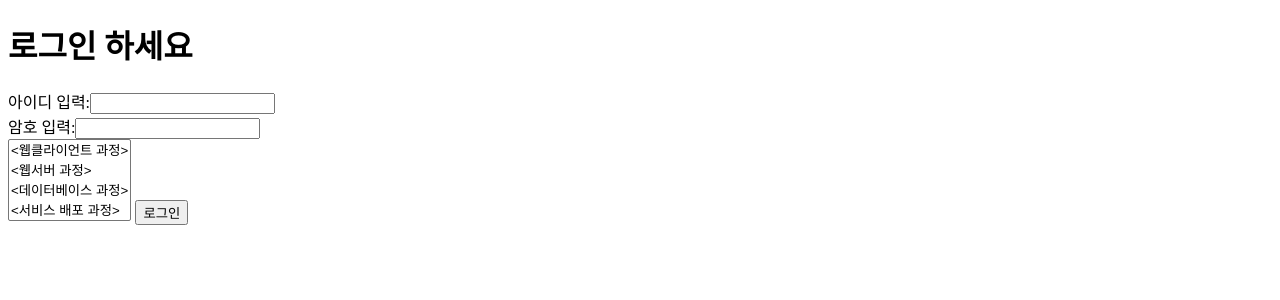
Repository: kwan9069/Starters_Webserver
Page: servlettest/src/main/webapp/login.html
An editor plug-in stored every save of this project. The page is shown before and after the next save, followed by the edit.
The browser window is 1280 px wide. The pictures show the whole page.

Above is the page before, as saved 2023-01-04 04:27:39.

### servlettest/src/main/webapp/login.html
<!DOCTYPE html>
<html>
<head>
<meta charset="UTF-8">
<title>Insert title here</title>
</head>
<body>
<h1> 로그인 하세요 </h1>
<!--
서블릿 url --"/a"--http://localhost:8081/servlettest/a
html 태그 속성 url --"/a" -- http://localhost:8081/a
 -->
<!-- <form action=" http://localhost:8080/servlettest/loginprocess"> -->
<!-- <form action="loginprocess"> -->
<form action="/servlettest/loginprocess" method="get">
아이디 입력:<input type="text" name= "id" ><br>
암호 입력:<input type="password" name= "pw" ><br>
<select name="title" multiple="multiple">
<option> <웹클라이언트 과정></option>
<option> <웹서버 과정></option>
<option> <데이터베이스 과정></option>
<option> <서비스 배포 과정></option>
</select>
<input type=submit value="로그인">
</form>
</body>
</html>

After the next save:
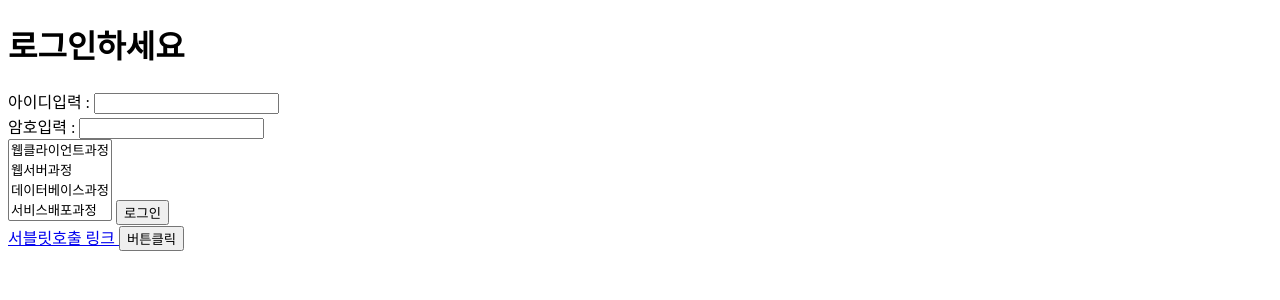
Saved 3 s later.
--- a/servlettest/src/main/webapp/login.html
+++ b/servlettest/src/main/webapp/login.html
@@ -2,26 +2,36 @@
 <html>
 <head>
 <meta charset="UTF-8">
-<title>Insert title here</title>
+<title>로그인폼</title>
 </head>
 <body>
-<h1> 로그인 하세요 </h1>
+<h1>로그인하세요</h1>
 <!--
-서블릿 url --"/a"--http://localhost:8081/servlettest/a
-html 태그 속성 url --"/a" -- http://localhost:8081/a
+서블릿 url  -- "/a" -- http://localhost:8081/servlettest/a
+html태그 속성 url -- "/a" -- http://localhost:8081/a
  -->
-<!-- <form action=" http://localhost:8080/servlettest/loginprocess"> -->
-<!-- <form action="loginprocess"> -->
-<form action="/servlettest/loginprocess" method="get">
-아이디 입력:<input type="text" name= "id" ><br>
-암호 입력:<input type="password" name= "pw" ><br>
-<select name="title" multiple="multiple">
-<option> <웹클라이언트 과정></option>
-<option> <웹서버 과정></option>
-<option> <데이터베이스 과정></option>
-<option> <서비스 배포 과정></option>
+<!-- <form action="http://localhost:8081/servlettest/loginprocess" > -->
+<!-- <form action="loginprocess" > -->
+<form action="/servlettest/loginprocess" method="post">
+아이디입력 : <input type="text" name="id"><br>
+암호입력 : <input type="password" name="pw"><br>
+<select NAME="title" multiple="multiple">
+<option> 웹클라이언트과정</option>
+<option> 웹서버과정</option>
+<option> 데이터베이스과정</option>
+<option> 서비스배포과정</option>
 </select>
+
 <input type=submit value="로그인">
 </form>
+<a href="/servlettest/loginprocess?id=a&pw=1&title=spring"> 서블릿호출 링크 </a>
+<button id="btn">버튼클릭</button>
+<script>
+document.getElementById("btn").onclick = function(){
+	location.href="/servlettest/loginprocess?id=javascript&pw=1&title=spring";
+}
+
+
+</script>
 </body>
 </html>
